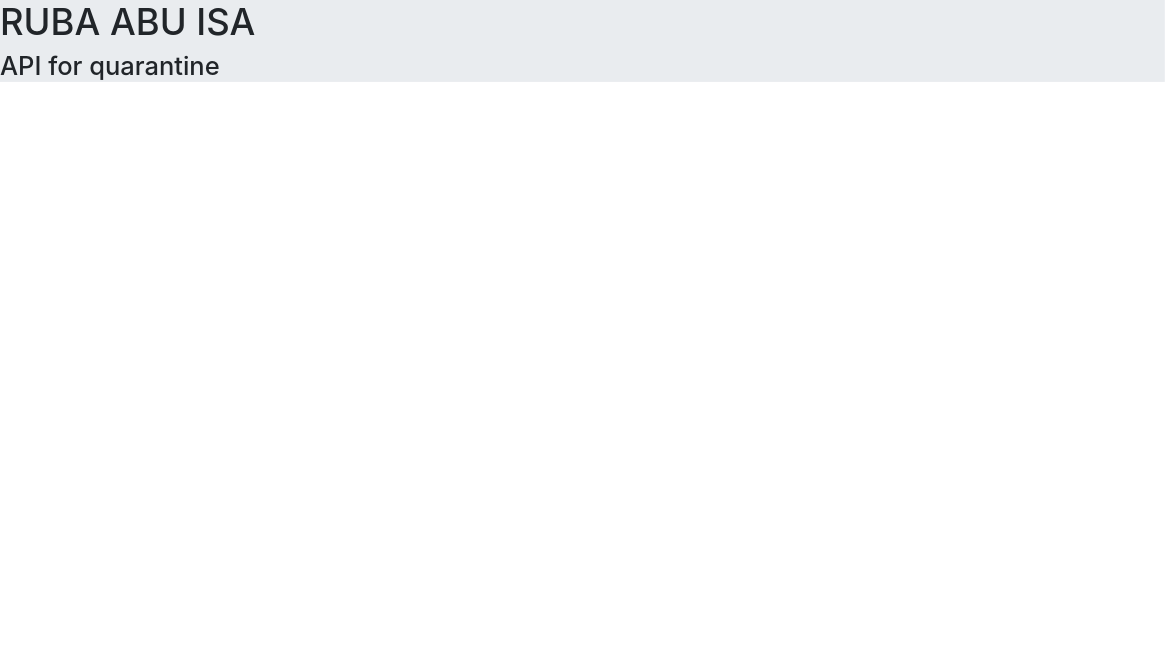
Repository: rubaabu/Fullstack-bitberry
Page: server/index.html
An editor plug-in stored every save of this project. The page is shown before and after the next save, followed by the edit.
The browser window is 1280 px wide. The pictures show the whole page, at 91% of full size.

Above is the page before, as saved 2020-04-02 15:45:41.

After the next save:
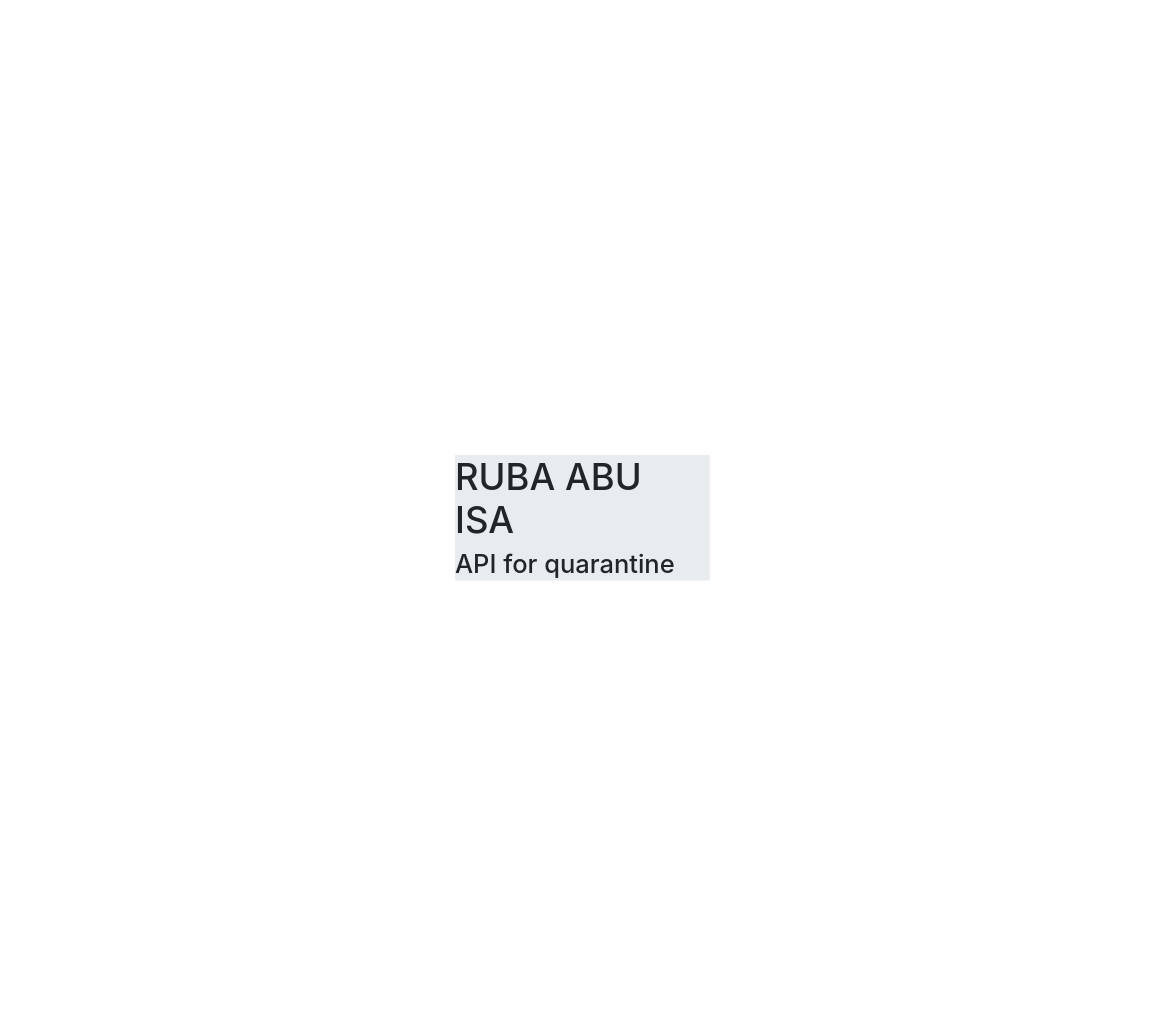
Saved 11 s later.
--- a/server/style.css
+++ b/server/style.css
@@ -1,4 +1,4 @@
 header {
     background-color: #E9ECEF;
-    margin:auto
+    margin: 500px
 }
